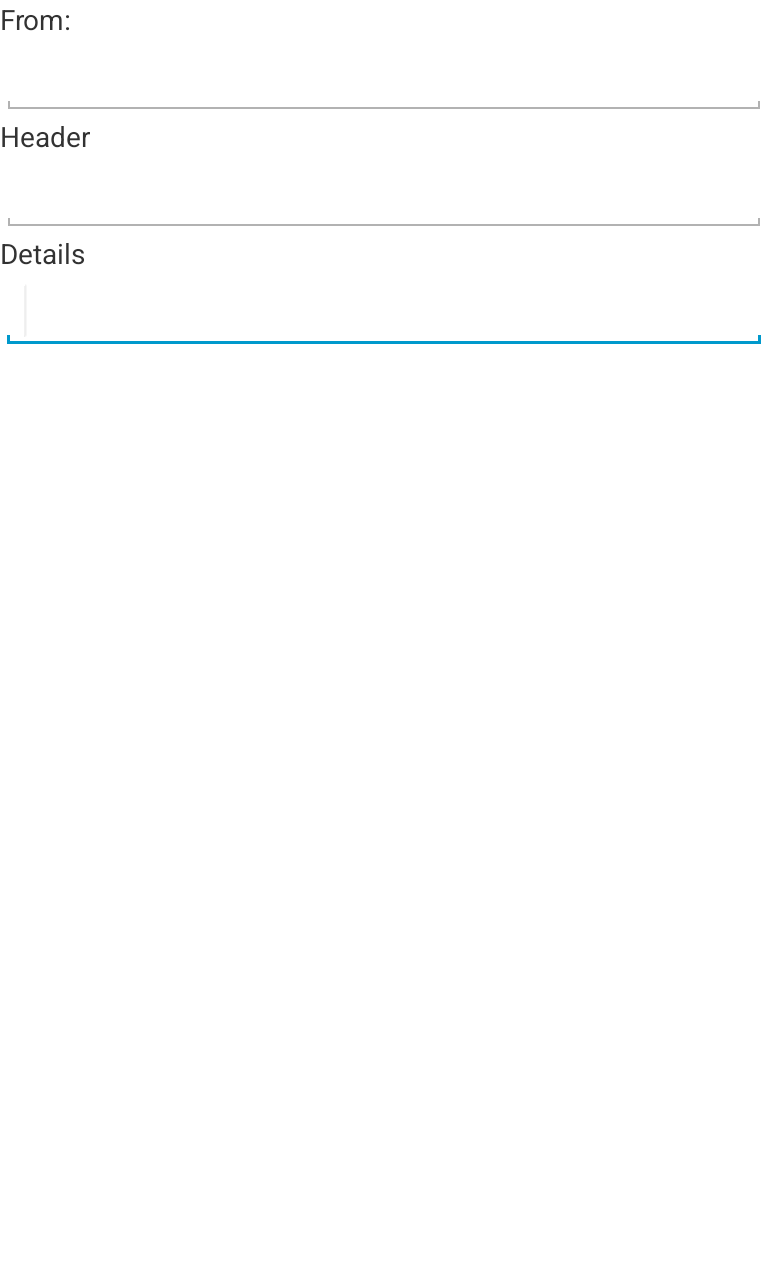
Repository: lcbasu/android
Layout: adt/M Notice/res/layout/admin.xml
An editor plug-in stored every save of this project. The layout is shown before and after the next save, followed by the edit.
It is drawn on a 768 x 1280 px phone screen (xhdpi) without system bars, with theme AppTheme; the app's code is not run.

Above is the layout before, as saved 2014-05-01 07:59:17.

### adt/M Notice/res/layout/admin.xml
<?xml version="1.0" encoding="utf-8"?>
<LinearLayout xmlns:android="http://schemas.android.com/apk/res/android"
    android:layout_width="match_parent"
    android:layout_height="match_parent"
    android:orientation="vertical" >

    <TextView
        android:id="@+id/from"
        android:layout_width="wrap_content"
        android:layout_height="wrap_content"
        android:text="From:" />

    <EditText
        android:id="@+id/editFrom"
        android:layout_width="match_parent"
        android:layout_height="wrap_content"
        android:ems="10" >

        <requestFocus />
    </EditText>

    <TextView
        android:id="@+id/header"
        android:layout_width="wrap_content"
        android:layout_height="wrap_content"
        android:text="Header" />

    <EditText
        android:id="@+id/editHeader"
        android:layout_width="match_parent"
        android:layout_height="wrap_content"
        android:ems="10" >

        <requestFocus />
    </EditText>

    <TextView
        android:id="@+id/detail"
        android:layout_width="wrap_content"
        android:layout_height="wrap_content"
        android:text="Details" />

    <EditText
        android:id="@+id/editDetail"
        android:layout_width="match_parent"
        android:layout_height="wrap_content"
        android:ems="10"
        android:inputType="textMultiLine" >

        <requestFocus />
    </EditText>

</LinearLayout>

Loaded but not shown: adt/M Notice/res/values/styles.xml (common file); adt/M Notice/res/values-v11/styles.xml (common file); adt/M Notice/res/values-v14/styles.xml (common file)

After the next save:
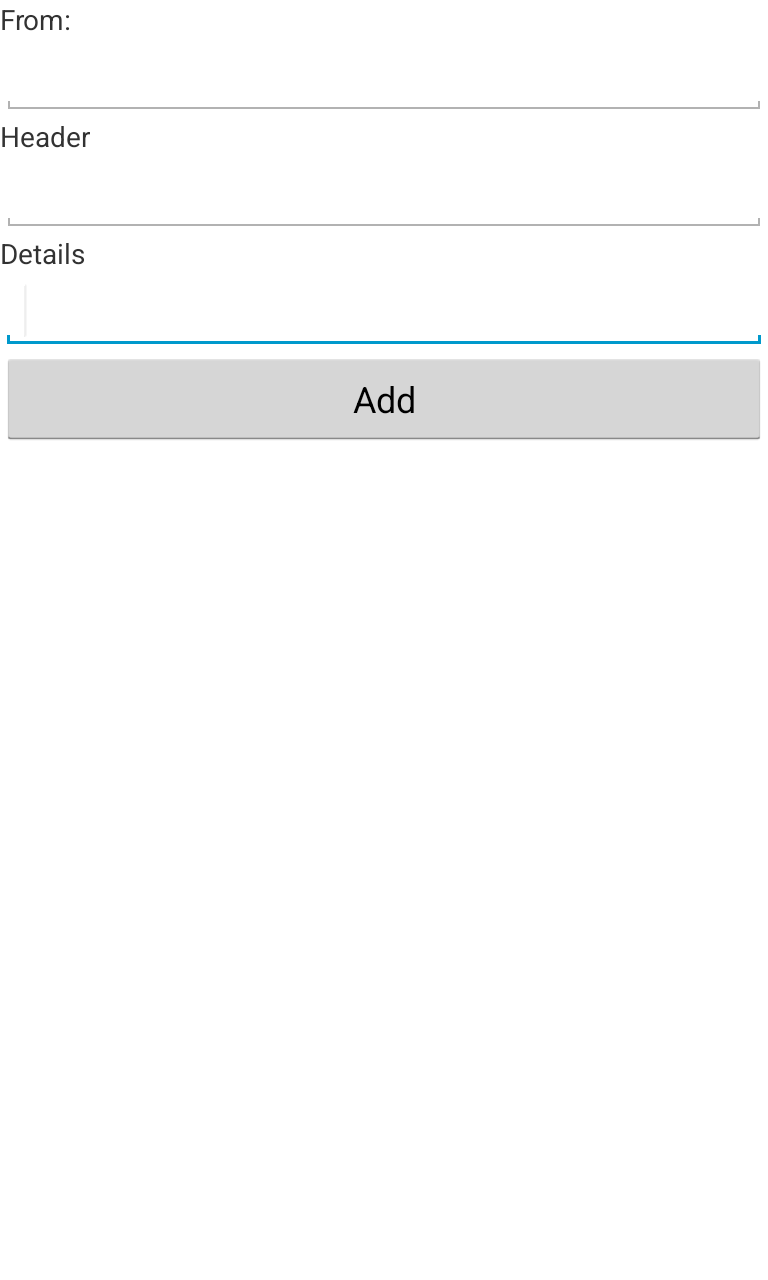
Saved 30 s later.
--- a/adt/M Notice/res/layout/admin.xml
+++ b/adt/M Notice/res/layout/admin.xml
@@ -50,4 +50,10 @@
         <requestFocus />
     </EditText>
 
+    <Button
+        android:id="@+id/button1"
+        android:layout_width="match_parent"
+        android:layout_height="wrap_content"
+        android:text="Add" />
+
 </LinearLayout>
